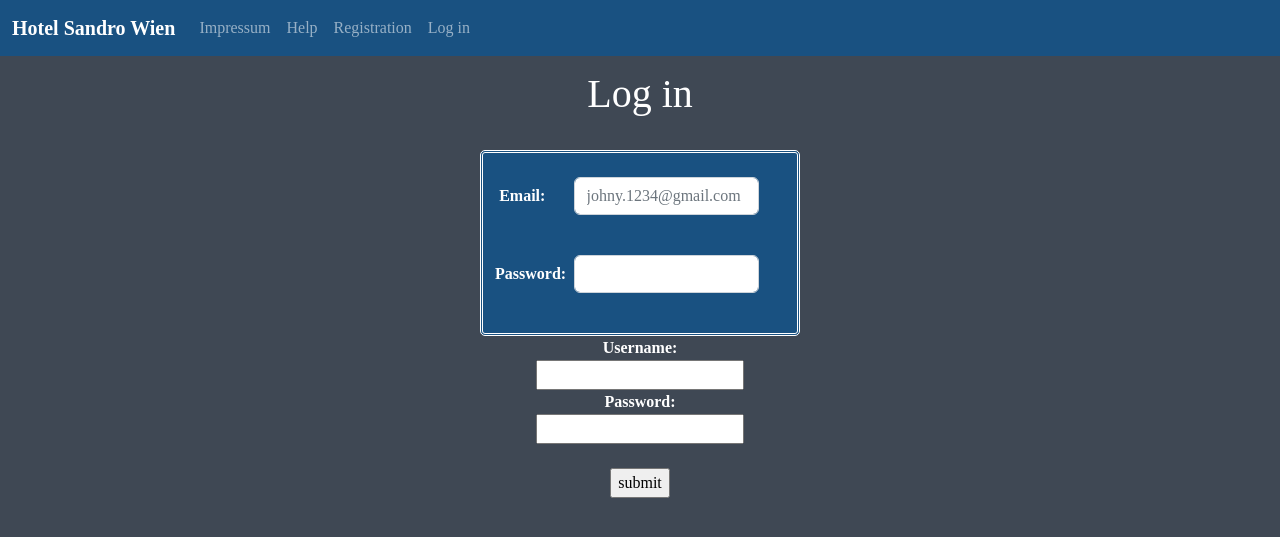
Repository: TIS0N/Hotel_Sandro
Page: http://localhost/pages/login.php
An editor plug-in stored every save of this project. The page is shown before and after the next save, followed by the edit.
The browser window is 1280 px wide. The pictures show the whole page.
The page is run by PHP 8.4 with error messages shown; the project is at /var/www/html/.

Above is the page before, as saved 2022-10-10 22:50:10.

### pages/login.php
<!DOCTYPE html>
<html lang="en">
<head>
    <meta charset="UTF-8">
    <meta http-equiv="X-UA-Compatible" content="IE=edge">
    <meta name="viewport" content="width=device-width, initial-scale=1.0">
    <link href="https://cdn.jsdelivr.net/npm/bootstrap@5.2.2/dist/css/bootstrap.min.css" rel="stylesheet" integrity="sha384-Zenh87qX5JnK2Jl0vWa8Ck2rdkQ2Bzep5IDxbcnCeuOxjzrPF/et3URy9Bv1WTRi" crossorigin="anonymous">
    <script src="https://cdn.jsdelivr.net/npm/bootstrap@5.2.2/dist/js/bootstrap.bundle.min.js" integrity="sha384-OERcA2EqjJCMA+/3y+gxIOqMEjwtxJY7qPCqsdltbNJuaOe923+mo//f6V8Qbsw3" crossorigin="anonymous"></script>
    <link rel="stylesheet" href="../res/css/stylesheet.css">
    <title>Hotel Sandro Wien - Log In</title>
</head>
<body id="body">

<?php
include "../inc/navigation.php";
?>

    <h1>Log in</h1><br>

    <div id="formular" class="container text-center col-3">
        <div class="row justify-content-center">
            <div class="col-12">
                <form action="">
                <br><div class="row mb-3">
                        <label for="fname" class="col-sm-3 col-form-label"><strong>Email:</strong></label><br>
                        <div class="col-sm-8">
                            <input type="email" class="form-control" id="email" placeholder="johny.1234@gmail.com"><br>
                        </div>
                    </div>
                    <div class="row mb-3">
                        <label for="lname" class="col-sm-3 col-form-label"><strong>Password:</strong></label><br>
                        <div class="col-sm-8">
                            <input type="password" class="form-control" id="password"><br>
                        </div>
                    </div>
                </form>
            </div>
        </div>
    </div>



    <form>
        <label for="username"><strong>Username:</strong></label><br>
        <input type="text" id="username" name="username"><br>
        <label for="password"><strong>Password:</strong></label><br>
        <input type="password" id="password" name="password"><br><br>

        <input type="submit" value="submit">

    </form>

</body>
</html>

### inc/navigation.php
<?php
    if(file_exists("./index.php")){
        $includePath = ".";
    }
    else{
        $includePath = "..";
    }
?>

<div id="navBar">
        <nav class="navbar fixed-top navbar-expand-lg navbar-dark" style="background-color: #195181;">
            <div class="container-fluid">
                <a class="navbar-brand" href= <?php echo "$includePath/index.php"?> style="color: rgb(255, 255, 255);"><strong>Hotel Sandro Wien</strong></a>
                <button class="navbar-toggler" type="button" data-bs-toggle="collapse" data-bs-target="#navbarNav" aria-controls="navbarNav" aria-expanded="false" aria-label="Toggle navigation">
                    <span class="navbar-toggler-icon"></span>
                </button>
                <div class="collapse navbar-collapse" id="navbarNav">
                    <ul class="navbar-nav">
                        <li class="nav-item">
                            <a class="nav-link"href= <?php echo "$includePath/pages/impressum.php"?> class="navbar-brand">Impressum</a>
                        </li>
                        <li class="nav-item">
                            <a class="nav-link" href=<?php echo "$includePath/pages/help.php"?> class="navbar-brand">Help</a>
                        </li>
                        <li class="nav-item">
                            <a class="nav-link" href=<?php echo "$includePath/pages/registration.php"?> class="navbar-brand">Registration</a>
                        </li>
                        <li class="nav-item">
                            <a class="nav-link" href=<?php echo "$includePath/pages/login.php"?> class="navbar-brand">Log in</a>
                        </li>

                    </ul>
                </div>
            </div>
        </nav>
    </div>

### res/css/stylesheet.css
#body{
    background-color: rgb(63, 72, 84);
    color: rgb(255, 255, 255);
    padding-top: 70px;
    text-align: center;
    font-family: cursive;
}

#hotelSandroPhoto{
    width: 600px;
    height: 450px;
}

#formular{
    background-color: #195181;
    border-radius: 5px;
    border-color: rgb(255, 255, 255);
    border-style: double;
}

After the next save:
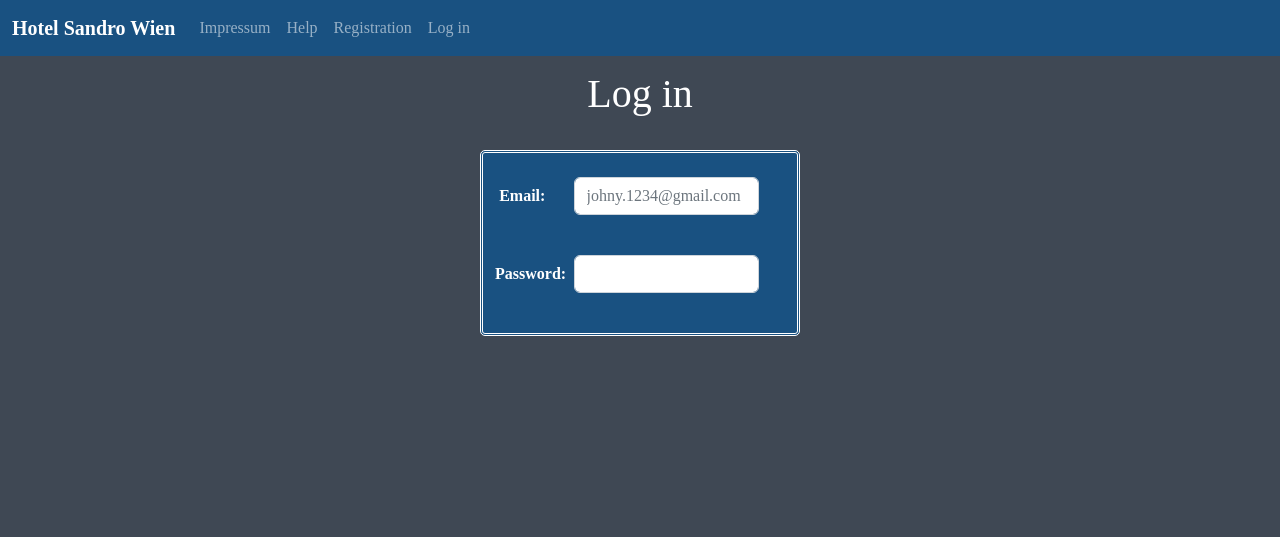
Saved 41 s later.
--- a/pages/login.php
+++ b/pages/login.php
@@ -38,17 +38,5 @@ include "../inc/navigation.php";
         </div>
     </div>
 
-
-
-    <form>
-        <label for="username"><strong>Username:</strong></label><br>
-        <input type="text" id="username" name="username"><br>
-        <label for="password"><strong>Password:</strong></label><br>
-        <input type="password" id="password" name="password"><br><br>
-
-        <input type="submit" value="submit">
-
-    </form>
-
 </body>
 </html>
